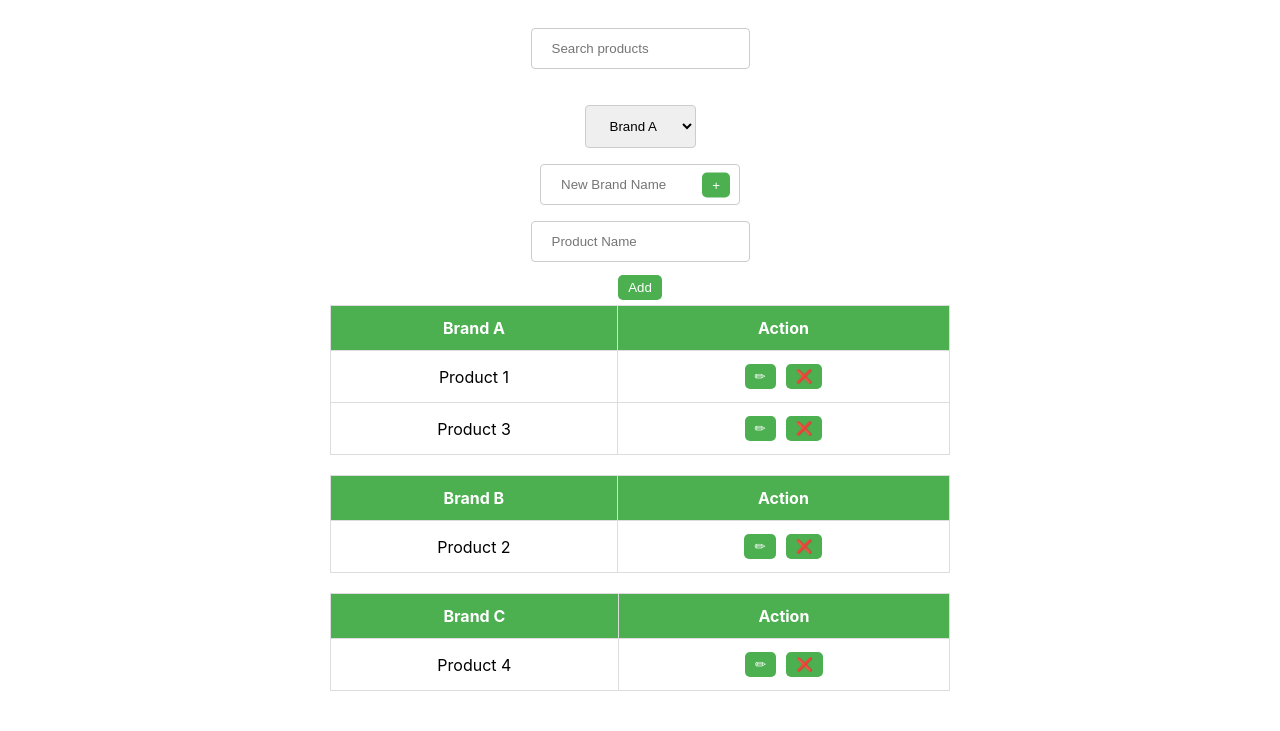
Repository: sunilkc-7/product-manager-app
Page: /
The author's editor kept a copy of each file at every save. The page is drawn from the files as they stood at one save, then again after the next save.
The browser window is 1280 px wide. The pictures show the whole page.
The project was rebuilt for these pictures with package versions that can differ from the ones it lists, and the page was loaded fresh each time.

Above is the page before, as saved 2023-08-01 12:52:19.

### src/App.js
import React, { useState } from "react";
import "./App.css";
import data from "./data/data.json";

function App() {
  const [products, setProducts] = useState(
    data.map((p) => ({ ...p, isEditing: false }))
  );
  const [productName, setProductName] = useState("");
  const [search, setSearch] = useState("");
  const [newBrandName, setNewBrandName] = useState("");
  const [currentBrand, setCurrentBrand] = useState("");
  const [editedName, setEditedName] = useState("");

  const addProduct = () => {
    setProducts([
      ...products,
      { brand: currentBrand, name: productName, isEditing: false },
    ]);
    setProductName("");
  };

  const deleteProduct = (productToDelete) => {
    setProducts(products.filter((product) => product !== productToDelete));
  };

  const editProduct = (productToEdit) => {
    setProducts(
      products.map((product) =>
        product === productToEdit ? { ...product, isEditing: true } : product
      )
    );
    setEditedName(productToEdit.name);
  };

  const updateProduct = (productToUpdate) => {
    setProducts(
      products.map((product) =>
        product === productToUpdate
          ? { ...product, name: editedName, isEditing: false }
          : product
      )
    );
  };

  const addBrandName = () => {
    setProducts([
      ...products,
      { brand: newBrandName, name: "", isEditing: false },
    ]);
    setNewBrandName("");
  };

  const brandNames = Array.from(new Set(products.map((p) => p.brand)));

  const filteredProducts = products.filter((product) =>
    product.name.toLowerCase().includes(search.toLowerCase())
  );

  return (
    <div className="App">
      <input
        className="inputSearch"
        type="text"
        value={search}
        onChange={(e) => setSearch(e.target.value)}
        placeholder="Search products"
      />
      <br />

      <select
        style={{ maxHeight: "100px", overflow: "auto" }}
        onChange={(e) => setCurrentBrand(e.target.value)}
      >
        {brandNames.map((brandName, index) => (
          <option key={index} value={brandName}>
            {brandName}
          </option>
        ))}
      </select>
      <div className="inputContainer">
        <input
          className="inputWithButton"
          type="text"
          placeholder="New Brand Name"
          value={newBrandName}
          onChange={(e) => setNewBrandName(e.target.value)}
        />
        <button className="insideButton" onClick={addBrandName}>
          +
        </button>
      </div>

      <input
        type="text"
        placeholder="Product Name"
        value={productName}
        onChange={(e) => setProductName(e.target.value)}
      />
      <button onClick={addProduct}>Add</button>

      {brandNames.map((brandName, index) => (
        <table key={index}>
          <thead>
            <tr>
              <th>{brandName}</th>
              <th>Action</th>
            </tr>
          </thead>
          <tbody>
            {filteredProducts
              .filter((p) => p.brand === brandName)
              .sort((a, b) => a.name.localeCompare(b.name))
              .map((product, i) => (
                <tr key={i}>
                  <td>
                    {product.isEditing ? (
                      <input
                        value={editedName}
                        onChange={(e) => setEditedName(e.target.value)}
                      />
                    ) : (
                      product.name
                    )}
                  </td>
                  <td>
                    {product.isEditing ? (
                      <button onClick={() => updateProduct(product)}>
                        Save
                      </button>
                    ) : (
                      <button onClick={() => editProduct(product)}>✏</button>
                    )}
                    <button onClick={() => deleteProduct(product)}>❌</button>
                  </td>
                </tr>
              ))}
          </tbody>
        </table>
      ))}
    </div>
  );
}

export default App;

### src/App.css
.App {
  display: flex;
  flex-direction: column;
  align-items: center;
  padding: 20px;
}

table {
  width: 50%;
  border-collapse: collapse;
  border-spacing: 10px;
  margin-bottom: 20px;
}

th,
td {
  border: 1px solid #ddd;
  padding: 8px;
  text-align: center;
}

th {
  padding-top: 12px;
  padding-bottom: 12px;
  background-color: #4caf50;
  color: white;
}

button {
  margin: 5px;
  padding: 5px 10px;
  border: none;
  border-radius: 5px;
  background-color: #4caf50;
  color: white;
  cursor: pointer;
}

button:hover {
  background-color: #45a049;
}

input[type="text"],
select {
  /* width: 100%; */
  padding: 12px 20px;
  margin: 8px 0;
  display: inline-block;
  border: 1px solid #ccc;
  border-radius: 4px;
  box-sizing: border-box;
}

.inputSearch {
  width: auto !important;
}

.inputContainer {
  position: relative;
  width: 200px;
}

.inputWithButton {
  width: 100%;
}

.insideButton {
  position: absolute;
  top: 50%;
  right: 10px;
  transform: translateY(-50%);
  cursor: pointer;
  margin: auto !important;
}

### src/data/data.json
[
  { "brand": "Brand A", "name": "Product 1" },
  { "brand": "Brand B", "name": "Product 2" },
  { "brand": "Brand A", "name": "Product 3" },
  { "brand": "Brand C", "name": "Product 4" }
]

Loaded but not shown: public/index.html (common file); src/index.js (common file); src/index.css (common file); src/reportWebVitals.js (common file)

After the next save:
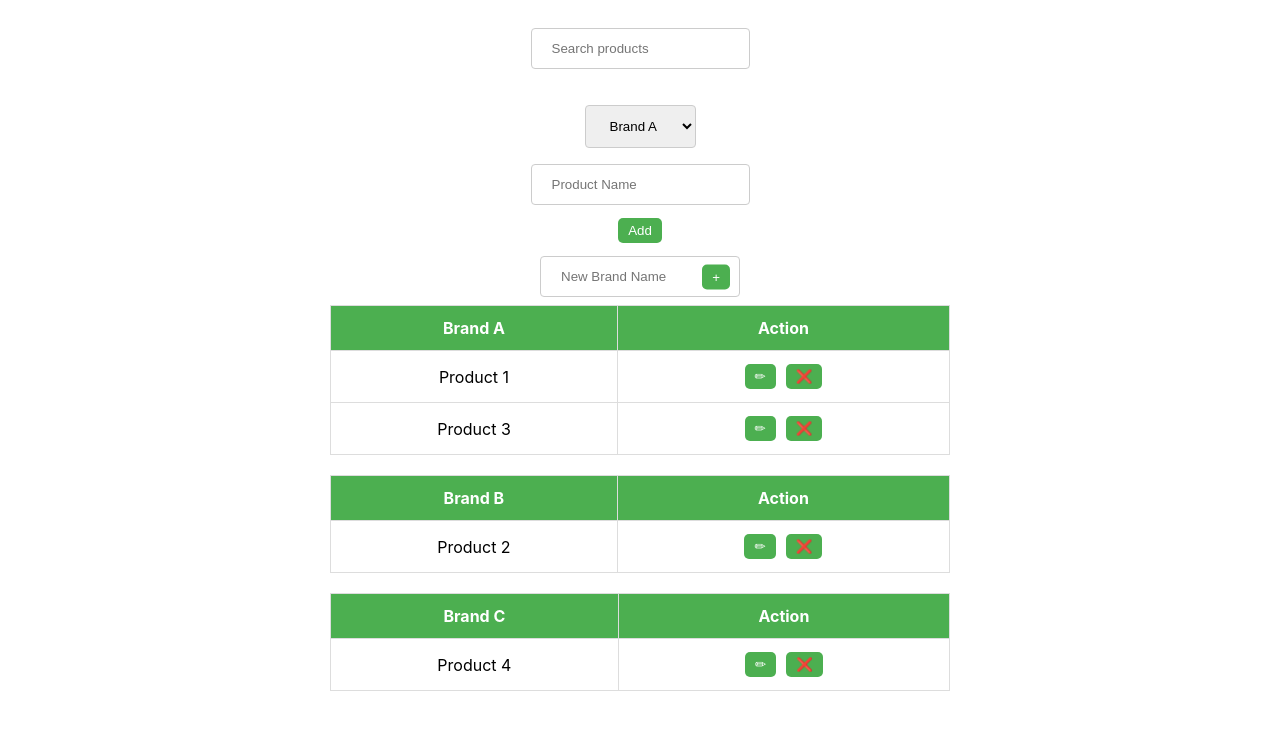
Saved 46 s later.
--- a/src/App.js
+++ b/src/App.js
@@ -78,6 +78,13 @@
           </option>
         ))}
       </select>
+      <input
+        type="text"
+        placeholder="Product Name"
+        value={productName}
+        onChange={(e) => setProductName(e.target.value)}
+      />
+      <button onClick={addProduct}>Add</button>
       <div className="inputContainer">
         <input
           className="inputWithButton"
@@ -90,14 +97,6 @@
           +
         </button>
       </div>
-
-      <input
-        type="text"
-        placeholder="Product Name"
-        value={productName}
-        onChange={(e) => setProductName(e.target.value)}
-      />
-      <button onClick={addProduct}>Add</button>
 
       {brandNames.map((brandName, index) => (
         <table key={index}>
